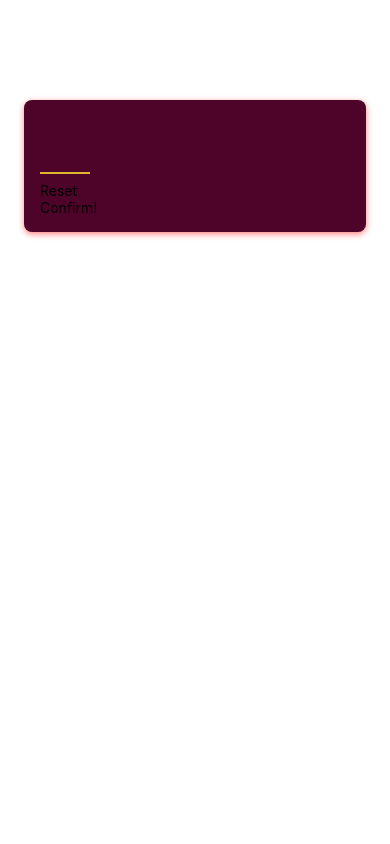
Repository: SyLe-Van/Number-Guessing-Game
Screen: /
An editor plug-in stored every save of this project. The screen is shown before and after the next save, followed by the edit.
The app was drawn by React Native's web renderer in a window 390 px wide. The project was rebuilt for these pictures with package versions that can differ from the ones it lists, and the page was loaded fresh each time.

Above is the screen before, as saved 2024-02-02 00:17:24.

After the next save:
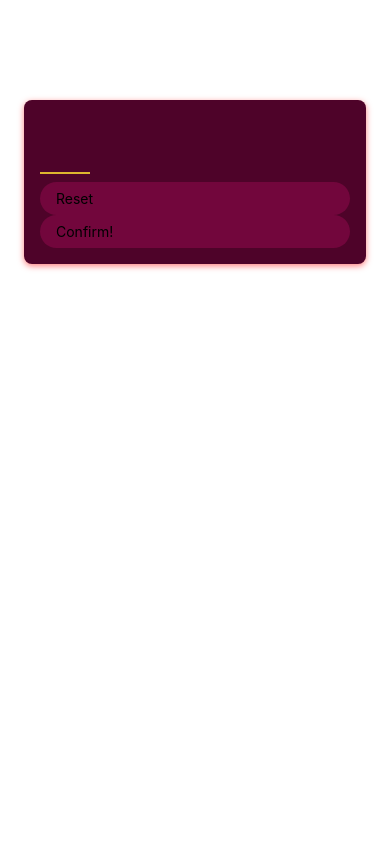
Saved 70 s later.
--- a/components/PrimaryButton.js
+++ b/components/PrimaryButton.js
@@ -5,7 +5,7 @@ function PrimaryButton({ children }) {
   }
   return (
     <Pressable onPress={pressHandler}>
-      <View>
+      <View style={styles.container}>
         <Text>{children}</Text>
       </View>
     </Pressable>
